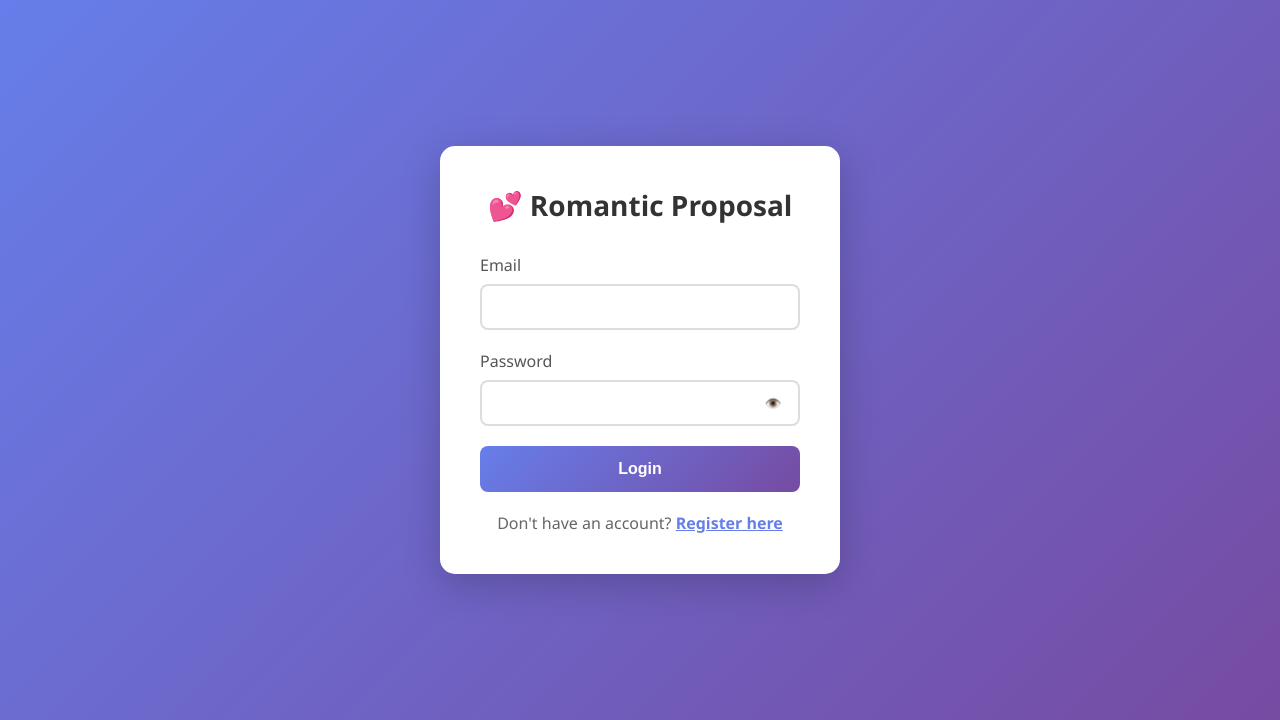
Repository: Leangheng-huge/frontend-proposal_web
Page: index.html
An editor plug-in stored every save of this project. The page is shown before and after the next save, followed by the edit.
The browser window is 1280 px wide. The pictures show the whole page.

Above is the page before, as saved 2025-11-20 00:27:29.

After the next save:
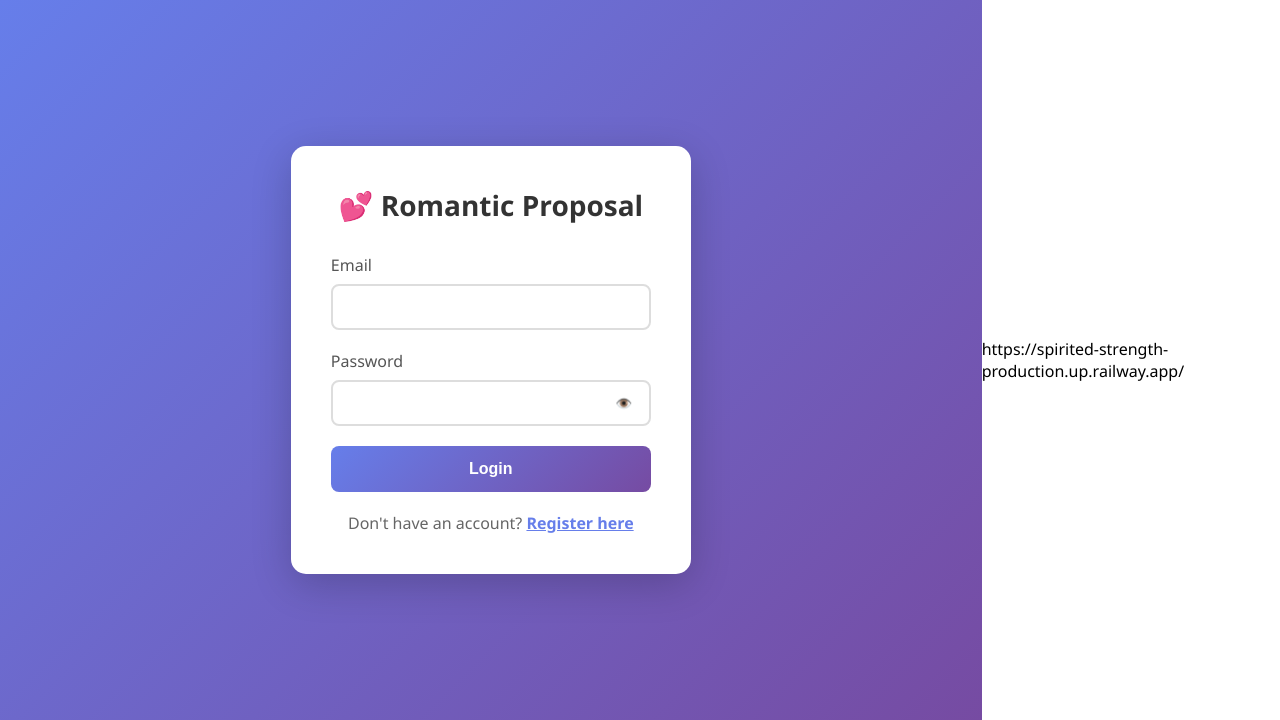
Saved 14 h 37 min later.
--- a/index.html
+++ b/index.html
@@ -317,3 +317,4 @@ window.addEventListener('DOMContentLoaded', () => {
 </script>
 </body>
 </html>
+https://spirited-strength-production.up.railway.app/

After the save that followed:
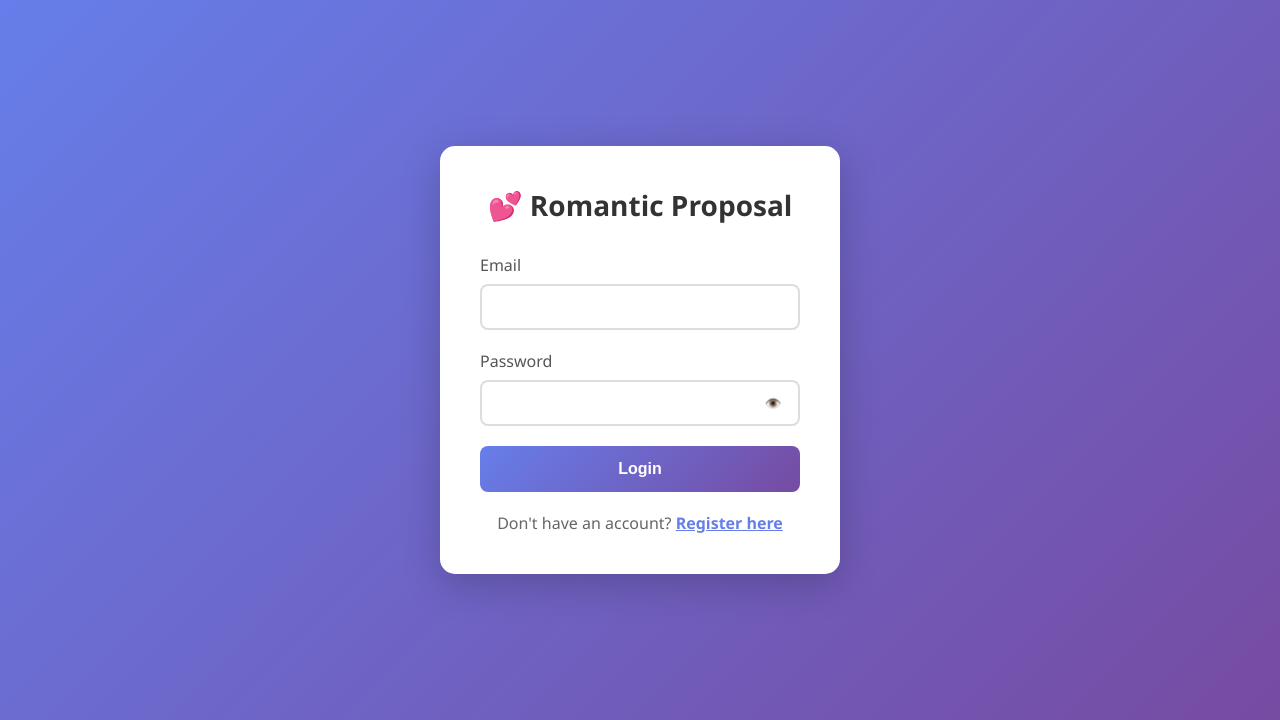
Saved 7 s later.
--- a/index.html
+++ b/index.html
@@ -317,4 +317,3 @@ window.addEventListener('DOMContentLoaded', () => {
 </script>
 </body>
 </html>
-https://spirited-strength-production.up.railway.app/
